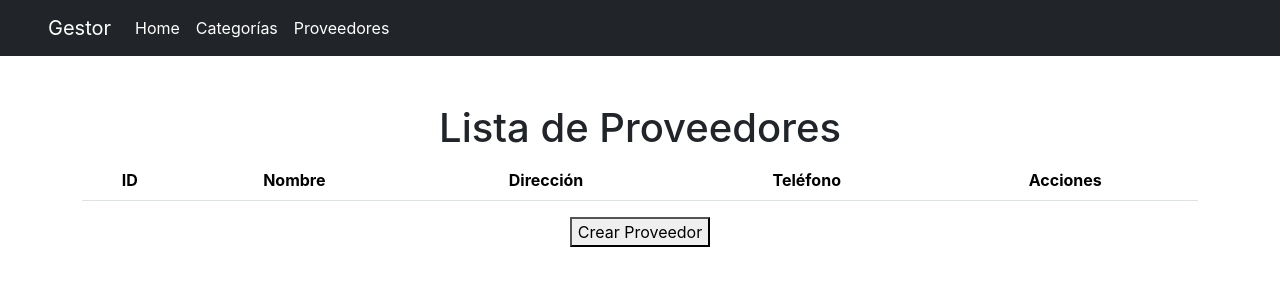
Repository: SantiagoGuaman/gestor-app
Page: /providers
These files come from the project's save history. The page is drawn as it stood at one moment and after the next save; the edit follows.
The browser window is 1280 px wide. The pictures show the whole page.
The page's requests for data from a server got no answer. The project was rebuilt for these pictures with package versions that can differ from the ones it lists, and the page was loaded fresh each time. No one was signed in, and anything a server would have sent is missing. Also part of the build but not shown: src/App.css, src/Categories/GetDataCategories.js, src/HomePage/HomePage.js.

Above is the page before, as saved 2024-02-15 09:36:05.

### public/index.html
<!DOCTYPE html>
<html lang="en">
  <head>
    <meta charset="utf-8" />
    <link rel="icon" href="%PUBLIC_URL%/favicon.ico" />
    <meta name="viewport" content="width=device-width, initial-scale=1" />
    <meta name="theme-color" content="#000000" />
    <meta
      name="description"
      content="Web site created using create-react-app"
    />
    <link rel="apple-touch-icon" href="%PUBLIC_URL%/logo192.png" />
    <!--
      manifest.json provides metadata used when your web app is installed on a
      user's mobile device or desktop. See https://developers.google.com/web/fundamentals/web-app-manifest/
    -->
    <link href="https://cdn.jsdelivr.net/npm/bootstrap@5.3.2/dist/css/bootstrap.min.css" rel="stylesheet" integrity="sha384-T3c6CoIi6uLrA9TneNEoa7RxnatzjcDSCmG1MXxSR1GAsXEV/Dwwykc2MPK8M2HN" crossorigin="anonymous">
    <link rel="manifest" href="%PUBLIC_URL%/manifest.json" />
    <!--
      Notice the use of %PUBLIC_URL% in the tags above.
      It will be replaced with the URL of the `public` folder during the build.
      Only files inside the `public` folder can be referenced from the HTML.

      Unlike "/favicon.ico" or "favicon.ico", "%PUBLIC_URL%/favicon.ico" will
      work correctly both with client-side routing and a non-root public URL.
      Learn how to configure a non-root public URL by running `npm run build`.
    -->
    <title>Gestor APP</title>
  </head>
  <body>
    <noscript>You need to enable JavaScript to run this app.</noscript>
    <div id="root"></div>
    <!--
      This HTML file is a template.
      If you open it directly in the browser, you will see an empty page.

      You can add webfonts, meta tags, or analytics to this file.
      The build step will place the bundled scripts into the <body> tag.

      To begin the development, run `npm start` or `yarn start`.
      To create a production bundle, use `npm run build` or `yarn build`.
    -->
  </body>
  <script src="https://cdn.jsdelivr.net/npm/bootstrap@5.3.2/dist/js/bootstrap.bundle.min.js" integrity="sha384-C6RzsynM9kWDrMNeT87bh95OGNyZPhcTNXj1NW7RuBCsyN/o0jlpcV8Qyq46cDfL" crossorigin="anonymous"></script>
</html>

### src/App.js
import { BrowserRouter, Route, Routes } from 'react-router-dom';
import './App.css';
import GetDataCategories from './Categories/GetDataCategories';
import NavBar from './NavBar/NavBar';
import GetDataProviders from './Proveedores/GetDataProviders';
import HomePage from './HomePage/HomePage';

function App() {
  return (
    <BrowserRouter>
      <NavBar />
      <Routes>
        <Route exact path='/' element={<HomePage />} />
        <Route exact path='/categories' element={<GetDataCategories />} />
        <Route exact path='/providers' element={<GetDataProviders />} />
      </Routes>
    </BrowserRouter>
  );
}

export default App;

### src/NavBar/NavBar.js
import React from 'react'
import { Link } from 'react-router-dom'
import './NavBar.css';

function NavBar() {
    return (
        <nav className="navbar navbar-expand-lg navbar-light bg-dark lg">
            <Link className="navbar-brand ms-5" to="/">Gestor</Link>
            <button className="navbar-toggler" type="button" data-toggle="collapse" data-target="#navbarNav" aria-controls="navbarNav" aria-expanded="false" aria-label="Toggle navigation">
                <span className="navbar-toggler-icon"></span>
            </button>
            <div className="collapse navbar-collapse" id="navbarNav">
                <ul className="navbar-nav" >
                    <li className="nav-item active">
                        <Link className="nav-link" to="/">Home</Link>
                    </li>
                    <li className="nav-item">
                        <Link className="nav-link" to="/categories">Categorías</Link>
                    </li>
                    <li className="nav-item">
                        <Link className="nav-link" to="/providers">Proveedores</Link>
                    </li>
                </ul>
            </div>
        </nav>
    )
}

export default NavBar

### src/Proveedores/GetDataProviders.js
import React, { useEffect, useState } from 'react'

function GetDataProviders() {

    const endPoint = 'http://localhost:8080/api/proveedores';

    const [proveedores, setProveedores] = useState([]);
    const [newProveedor, setNewProveedor] = useState({
        nombre: '',
        direccion: '',
        telefono: ''
    });

    const [editProveedor, setEditProveedor] = useState({
        nombre: '',
        direccion: '',
        telefono: ''
    });

    const [isCreateModalOpen, setCreateModalOpen] = useState(false);

    const fetchData = async () => {
        try {
            const response = await fetch(endPoint);
            if (response.ok) {
                const data = await response.json();
                setProveedores(data);
            }
        } catch (error) {
            console.error("Error fetching data:", error);
        }
    };

    const handleCreate = async () => {
        try {
            const response = await fetch(endPoint, {
                method: 'POST',
                headers: {
                    'Content-Type': 'application/json',
                },
                body: JSON.stringify(newProveedor),
            });

            if (response.ok) {
                console.log('Proveedor creado exitosamente');
                fetchData();
                setNewProveedor({
                    nombre: '',
                    direccion: '',
                    telefono: ''
                });
                setCreateModalOpen(false);
            } else {
                console.error('Error al crear el Proveedor');
            }
        } catch (error) {
            console.error('Error al procesar la solicitud de creación:', error);
        }
    };

    const handleEdit = (proveedor) => {
        setEditProveedor(proveedor);
    };

    const handleUpdate = async () => {
        try {
            const response = await fetch(`${endPoint}/${editProveedor.id_proveedor}`, {
                method: 'PUT',
                headers: {
                    'Content-Type': 'application/json',
                },
                body: JSON.stringify(editProveedor),
            });

            if (response.ok) {
                console.log('Proveedor actualizado exitosamente');
                fetchData();
                setEditProveedor({
                    nombre: '',
                    direccion: '',
                    telefono: ''
                });
            } else {
                console.error('Error al actualizar el Proveedor');
            }
        } catch (error) {
            console.error('Error al procesar la solicitud de actualización:', error);
        }
    };

    const handleDelete = async (id) => {
        try {
            const response = await fetch(`${endPoint}/${id}`, {
                method: 'DELETE',
            });

            if (response.ok) {
                console.log('Proveedor eliminado exitosamente');
                fetchData();
            } else {
                console.error('Error al eliminar al Proveedor');
            }
        } catch (error) {
            console.error('Error al procesar la solicitud de eliminación:', error);
        }
    }

    useEffect(() => {
        fetchData();
    }, []);

    return (
        <div className='container text-center mt-5'>
            <h1>Lista de Proveedores</h1>
            <table className="table table-hover">
                <thead>
                    <tr>
                        <th>ID</th>
                        <th>Nombre</th>
                        <th>Dirección</th>
                        <th>Teléfono</th>
                        <th>Acciones</th>
                    </tr>
                </thead>
                <tbody>
                    {proveedores.map((proveedor) => (
                        <tr key={proveedor.id_proveedor}>
                            <td>{proveedor.id_proveedor}</td>
                            <td>{proveedor.nombre}</td>
                            <td>{proveedor.direccion}</td>
                            <td>{proveedor.telefono}</td>
                            <td>
                                <button className='btn btn-secondary' onClick={() => handleEdit(proveedor)}>Editar</button>
                                <button className='btn btn-danger' onClick={() => handleDelete(proveedor.id_proveedor)}>Eliminar</button>
                            </td>
                        </tr>
                    ))}
                </tbody>
            </table>
            <button onClick={() => setCreateModalOpen(true)}>Crear Proveedor</button>
            {isCreateModalOpen && (
                <div className="modal" tabIndex="-1" role="dialog" style={{ display: 'block' }}>
                    <div className="modal-dialog" role="document">
                        <div className="modal-content">
                            <div className="modal-header">
                                <h5 className="modal-title">Crear Nuevo Proveedor</h5>
                                <button type="button" className="close" data-dismiss="modal" aria-label="Close" onClick={() => setCreateModalOpen(false)}>
                                    <span aria-hidden="true">&times;</span>
                                </button>
                            </div>

                            <div className="modal-body" style={{ display: 'flex', flexDirection: 'column' }}>
                                <input className='form-control mt-3'
                                    type="text"
                                    placeholder="Nombre"
                                    value={newProveedor.nombre}
                                    onChange={(e) => setNewProveedor({ ...newProveedor, nombre: e.target.value })}
                                />
                                <input className='form-control mt-3'
                                    type="text"
                                    placeholder="Dirección"
                                    value={newProveedor.direccion}
                                    onChange={(e) => setNewProveedor({ ...newProveedor, direccion: e.target.value })}
                                />
                                <input className='form-control mt-3'
                                    type="text"
                                    placeholder="Teléfono"
                                    value={newProveedor.telefono}
                                    onChange={(e) => setNewProveedor({ ...newProveedor, telefono: e.target.value })}
                                />
                            </div>
                            <div className="modal-footer mt-3">
                                <button type="button" className="btn btn-primary" onClick={handleCreate}>Crear</button>
                                <button type="button" className="btn btn-secondary" onClick={() => setCreateModalOpen(false)}>Cancelar</button>
                            </div>
                        </div>
                    </div>
                </div>

            )}

            {editProveedor.id_proveedor && (
                <div>
                    <h2>Editar Proveedor</h2>
                    <input
                        type="text"
                        value={editProveedor.nombre}
                        onChange={(e) => setEditProveedor({ ...editProveedor, nombre: e.target.value })}
                    />
                    <input
                        type="text"
                        value={editProveedor.direccion}
                        onChange={(e) => setEditProveedor({ ...editProveedor, direccion: e.target.value })}
                    />
                    <input
                        type="text"
                        value={editProveedor.telefono}
                        onChange={(e) => setEditProveedor({ ...editProveedor, telefono: e.target.value })}
                    />
                    <button className='btn btn-success' onClick={handleUpdate}>Guardar</button>
                </div>
            )}
        </div>
    );
}

export default GetDataProviders

### src/NavBar/NavBar.css
.nav-link {
    color: #FFFFFF;
    /* Color blanco */
}

.navbar-brand {
    color: #FFFFFF;
}

Loaded but not shown: src/index.js (common file); src/index.css (common file); src/reportWebVitals.js (common file)

After the next save:
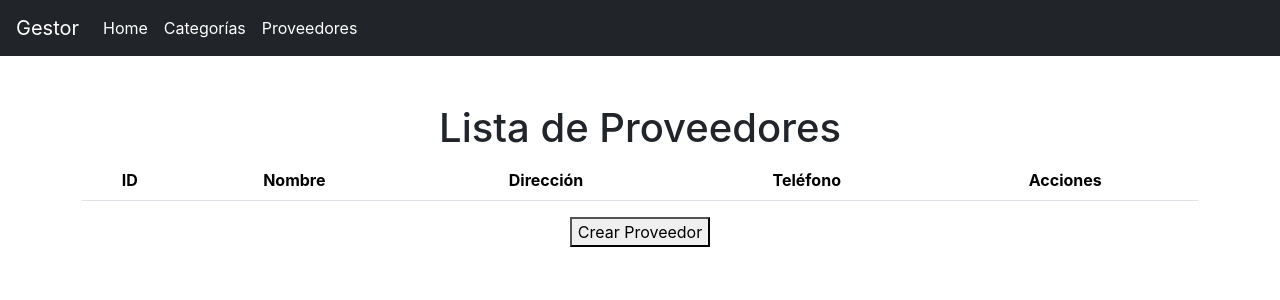
Saved 14 s later.
--- a/src/NavBar/NavBar.js
+++ b/src/NavBar/NavBar.js
@@ -5,7 +5,7 @@ import './NavBar.css';
 function NavBar() {
     return (
         <nav className="navbar navbar-expand-lg navbar-light bg-dark lg">
-            <Link className="navbar-brand ms-5" to="/">Gestor</Link>
+            <Link className="navbar-brand ms-3" to="/">Gestor</Link>
             <button className="navbar-toggler" type="button" data-toggle="collapse" data-target="#navbarNav" aria-controls="navbarNav" aria-expanded="false" aria-label="Toggle navigation">
                 <span className="navbar-toggler-icon"></span>
             </button>
